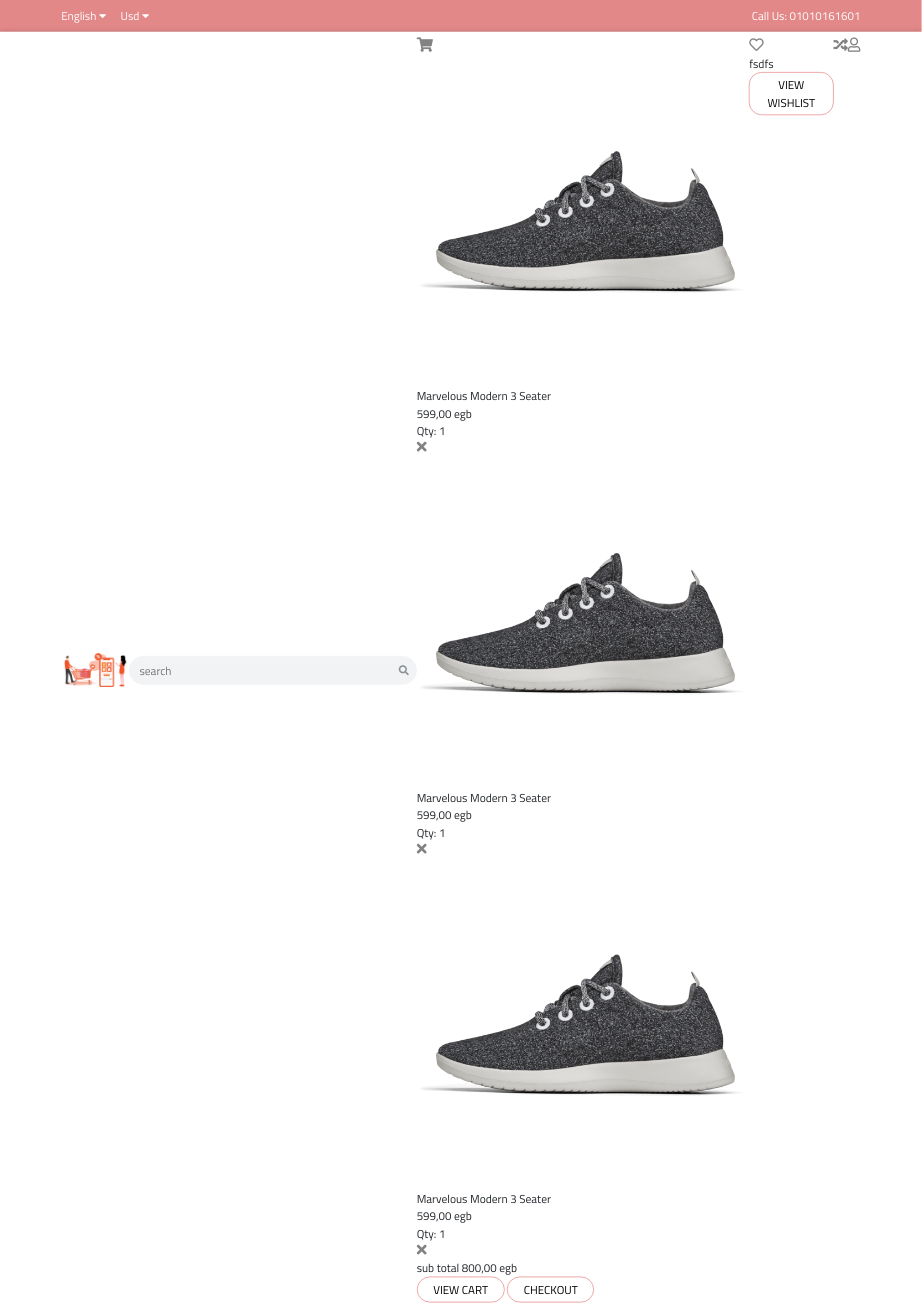
Repository: amrh20/ecommerce-temp
Page: src/index.html
An editor plug-in stored every save of this project. The page is shown before and after the next save, followed by the edit.
The browser window is 1280 px wide. The pictures show the whole page, at 72% of full size.
The style sheet was rebuilt from its Sass, Less or Tailwind sources for each picture, by a compiler version that may differ from the author's.

Above is the page before, as saved 2020-01-19 10:47:16.

After the next save:
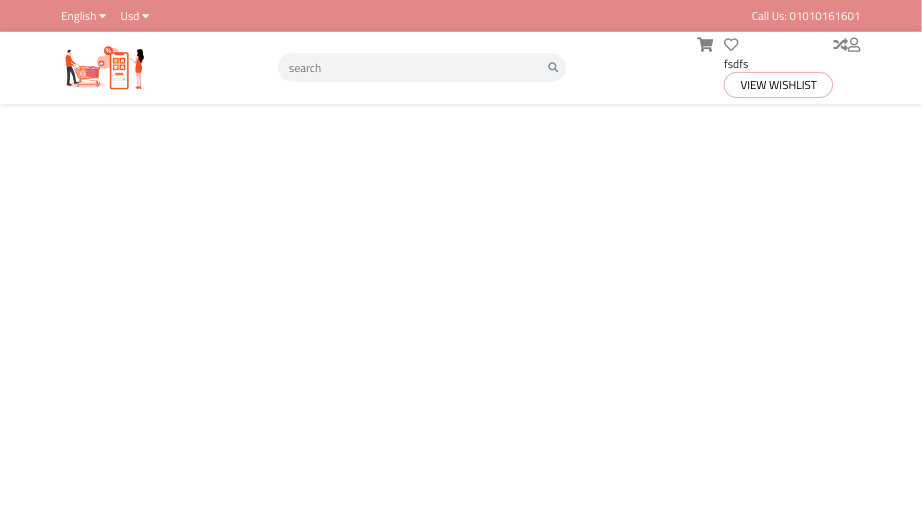
Saved 2 s later.
--- a/src/index.html
+++ b/src/index.html
@@ -89,7 +89,7 @@
               </div>
               <!-- icons -->
               <div class="icons">
-                <div class="icon">
+                <div class="cart_icon">
                   <div class="icon_head">
                     <i class="fas fa-shopping-cart"></i>
                   </div>
